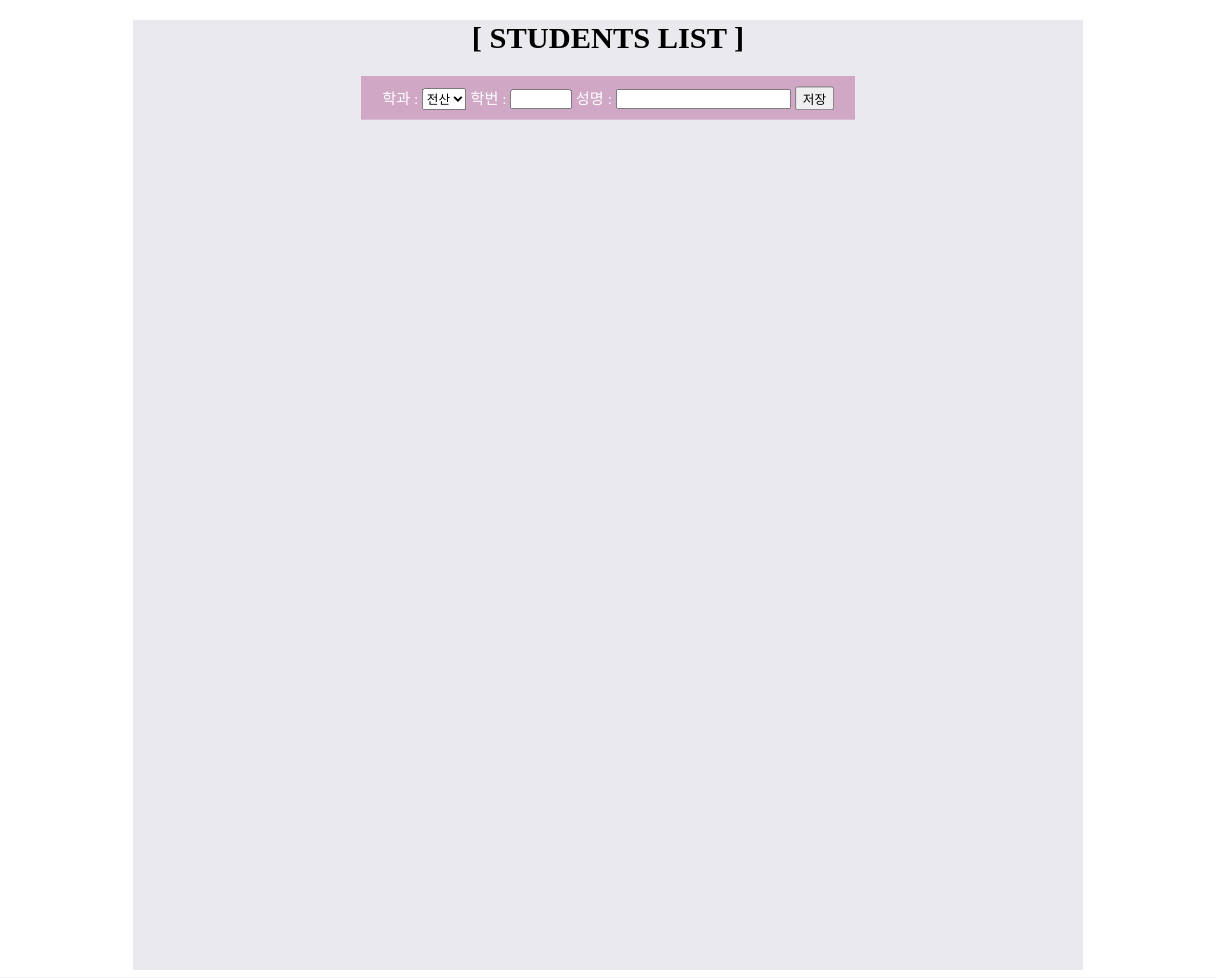
Repository: eeul07/html
Page: ex0508/WebContent/WEB-INF/students/slist.html
The author's editor kept a copy of each file at every save. The page is drawn from the files as they stood at one save, then again after the next save.
The browser window is 1280 px wide. The pictures show the whole page, at 95% of full size.
Some web libraries are served in a nearby version.

Above is the page before, as saved 2020-05-08 01:08:01.

After the next save:
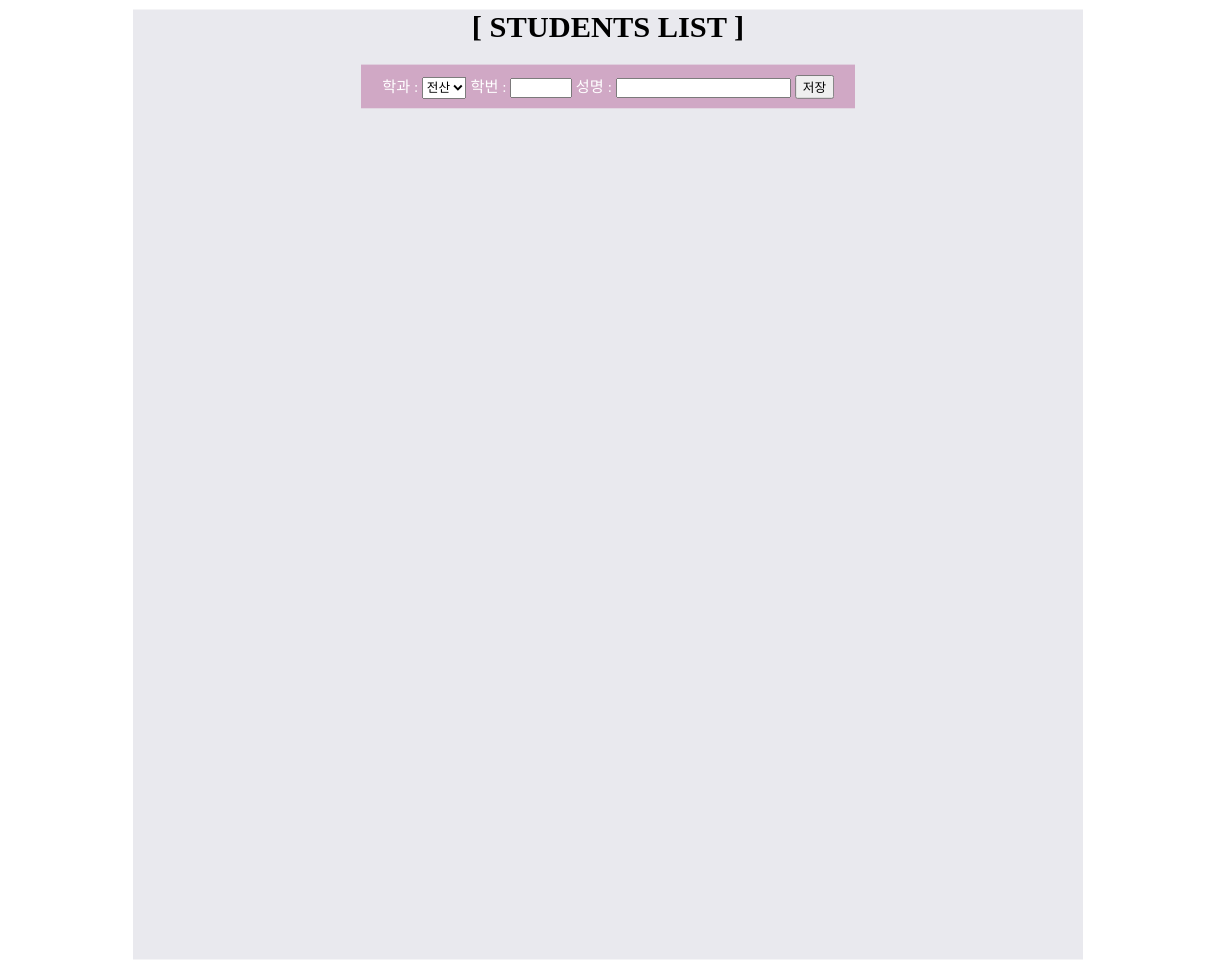
Saved 20 s later.
--- a/ex0508/WebContent/WEB-INF/students/slist.html
+++ b/ex0508/WebContent/WEB-INF/students/slist.html
@@ -7,7 +7,7 @@
 	<script src="https://cdnjs.cloudflare.com/ajax/libs/handlebars.js/3.0.1/handlebars.js"></script>
 	<style>
 		#page{background:#E9E9EE; width:1000px; height:1000px; margin:auto;}
-		h1{text-align:center;}
+		h1{text-align:center; margin-top:10px;}
 		select{height:23px;}
 		#students{background:#D0A8C5; color:white; width:500px; padding:10px; margin:auto;
 				text-align:center;}

After the save that followed:
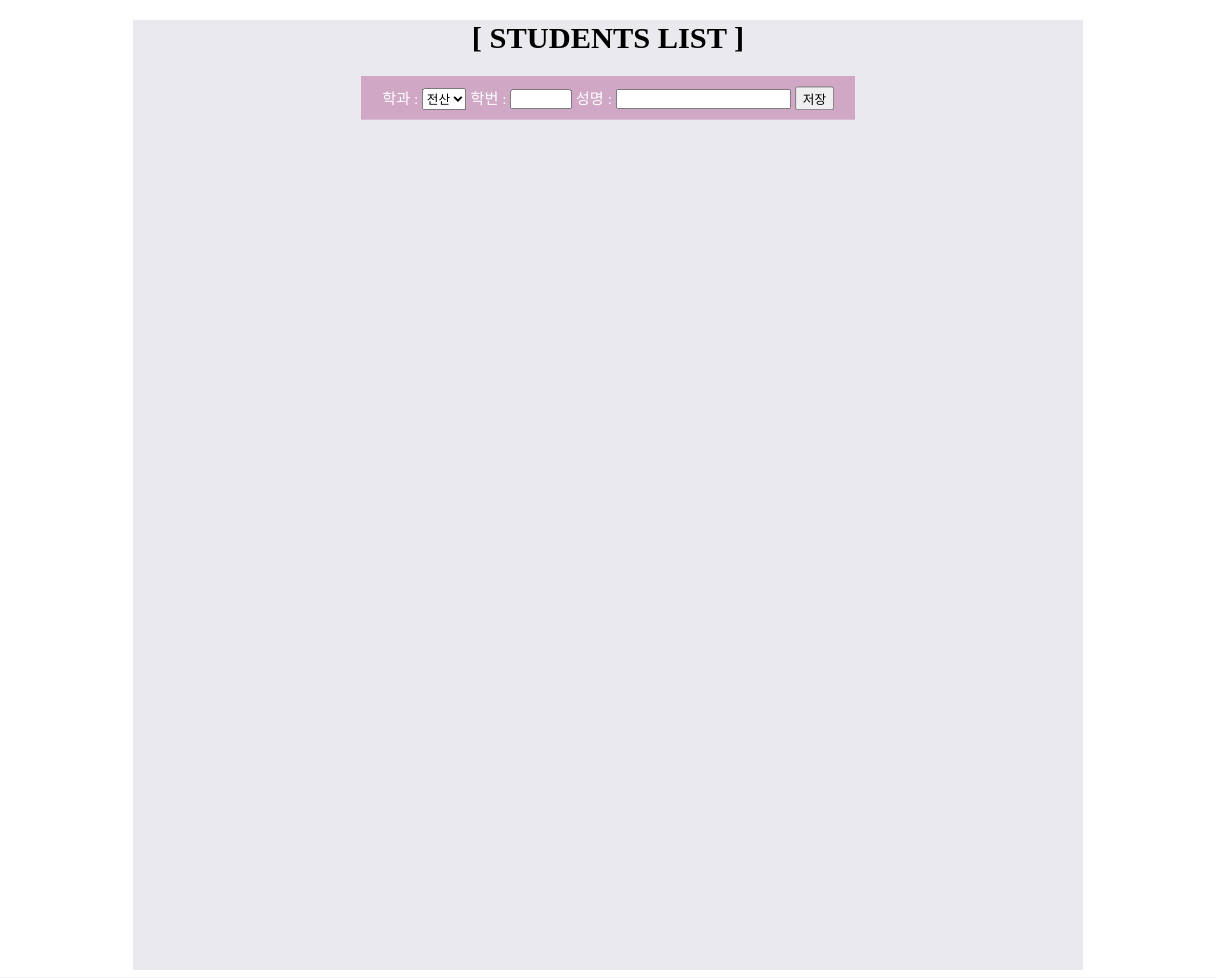
Saved 20 s later.
--- a/ex0508/WebContent/WEB-INF/students/slist.html
+++ b/ex0508/WebContent/WEB-INF/students/slist.html
@@ -7,7 +7,7 @@
 	<script src="https://cdnjs.cloudflare.com/ajax/libs/handlebars.js/3.0.1/handlebars.js"></script>
 	<style>
 		#page{background:#E9E9EE; width:1000px; height:1000px; margin:auto;}
-		h1{text-align:center; margin-top:10px;}
+		h1{text-align:center;}
 		select{height:23px;}
 		#students{background:#D0A8C5; color:white; width:500px; padding:10px; margin:auto;
 				text-align:center;}
